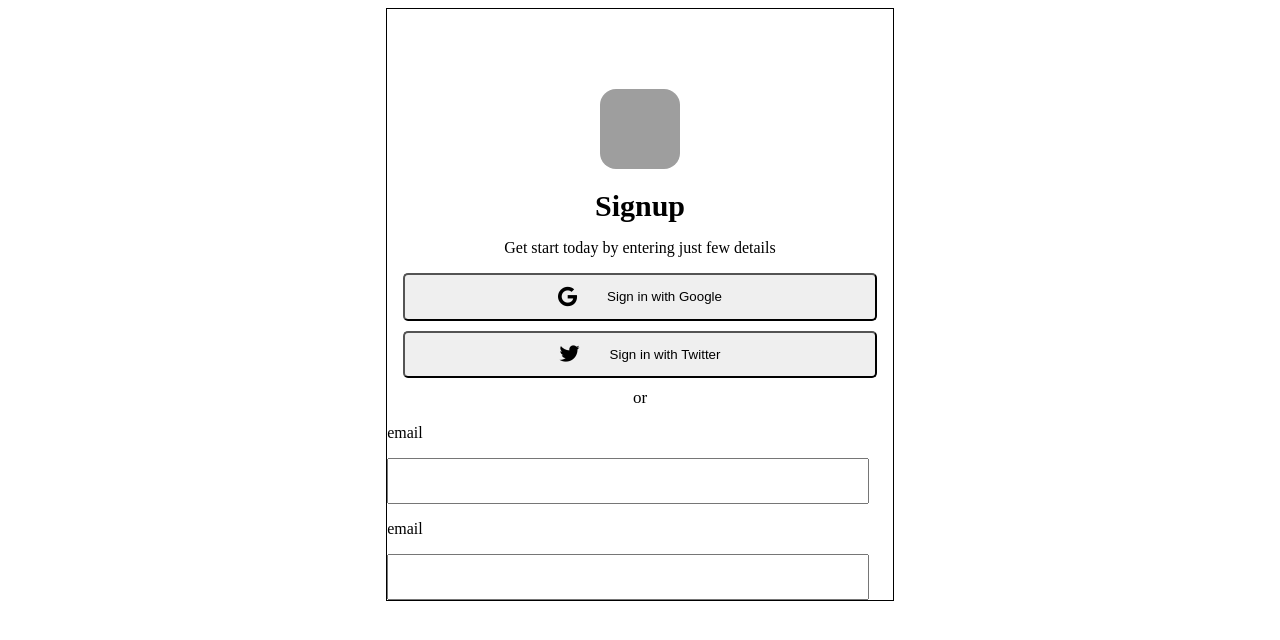
Repository: tungts3qb/Javascript
Page: sign-up/signup.html
An editor plug-in stored every save of this project. The page is shown before and after the next save, followed by the edit.
The browser window is 1280 px wide. The pictures show the whole page.
Pictures or frames that could not be fetched are drawn as grey boxes.

Above is the page before, as saved 2022-12-26 22:39:39.

### sign-up/signup.html
<!DOCTYPE html>
<html lang="en">
  <head>
    <meta charset="UTF-8" />
    <meta http-equiv="X-UA-Compatible" content="IE=edge" />
    <meta name="viewport" content="width=device-width, initial-scale=1.0" />
    <link
      rel="stylesheet"
      href="https://cdnjs.cloudflare.com/ajax/libs/font-awesome/6.2.1/css/all.min.css"
      integrity="sha512-MV7K8+y+gLIBoVD59lQIYicR65iaqukzvf/nwasF0nqhPay5w/9lJmVM2hMDcnK1OnMGCdVK+iQrJ7lzPJQd1w=="
      crossorigin="anonymous"
      referrerpolicy="no-referrer"
    />
    <link rel="stylesheet" href="sign-up.css" />
    <title>Sign up</title>
  </head>
  <body>
    <div class="sign-up-form">
      <div class="sign-up-icon">
        <img
          src="https://images.unsplash.com/photo-1672037253340-1b8b99e8dceb?ixlib=rb-4.0.3&ixid=MnwxMjA3fDB8MHxwaG90by1wYWdlfHx8fGVufDB8fHx8&auto=format&fit=crop&w=387&q=80"
          alt="avatar"
          class="sign-up-logo"
        />
      </div>
      <h3 class="sign-up-title">Signup</h3>
      <p class="sign-up-desc">Get start today by entering just few details</p>
      <div class="sign-up-buttons">
        <button class="sign-up-google">
          <i class="fa-brands fa-google"></i>
          <p>Sign in with Google</p>
        </button>
        <button class="sign-up-twitter">
          <i class="fa-brands fa-twitter"></i>
          <p>Sign in with Twitter</p>
        </button>
      </div>
      <div class="sign-up-or">or</div>
      <div class="sign-up-input-form">
        <form action="" class="sign-up-input">
          <p class="sign-up-email">email</p>
          <input type="email" name="" id="" class="input_email" />
          <p class="sign-up-password">email</p>
          <input type="password" name="" id="" class="input_password" />
        </form>
      </div>
    </div>
  </body>
</html>

### sign-up/sign-up.css
.sign-up-form {
  width: 40%;
  height: auto;
  border: 1px solid black;
  margin: 0 auto;
}

.sign-up-icon img {
  width: 5rem;
  height: 5rem;
  border-radius: 1rem;
  object-fit: cover;
  margin-top: 5rem;
}

.sign-up-icon {
  display: flex;
  align-items: center;
  justify-content: center;
}

.sign-up-title {
  text-align: center;
  font-size: 30px;
  margin-top: 20px;
  margin-bottom: 10px;
}

.sign-up-desc {
  text-align: center;
}

.sign-up-buttons {
  display: flex;
  flex-direction: column;
  align-items: center;
}

.sign-up-google,
.sign-up-twitter {
  width: calc(100% - 2rem);
  display: flex;
  text-align: center;
  justify-content: center;
  margin-bottom: 10px;
  border-radius: 5px;
}

.sign-up-google i,
.sign-up-twitter i {
  margin-right: 20px;
  font-size: 20px;
  margin: auto 0;
  padding-right: 30px;
}

.sign-up-or {
  text-align: center;
  font-size: 17px;
}

.sign-up-input {
  width: 100%;
  margin: 0 auto;
}

.input_email,
.input_password {
  width: calc(100% - 2rem);
  height: 2.5rem;
}

After the next save:
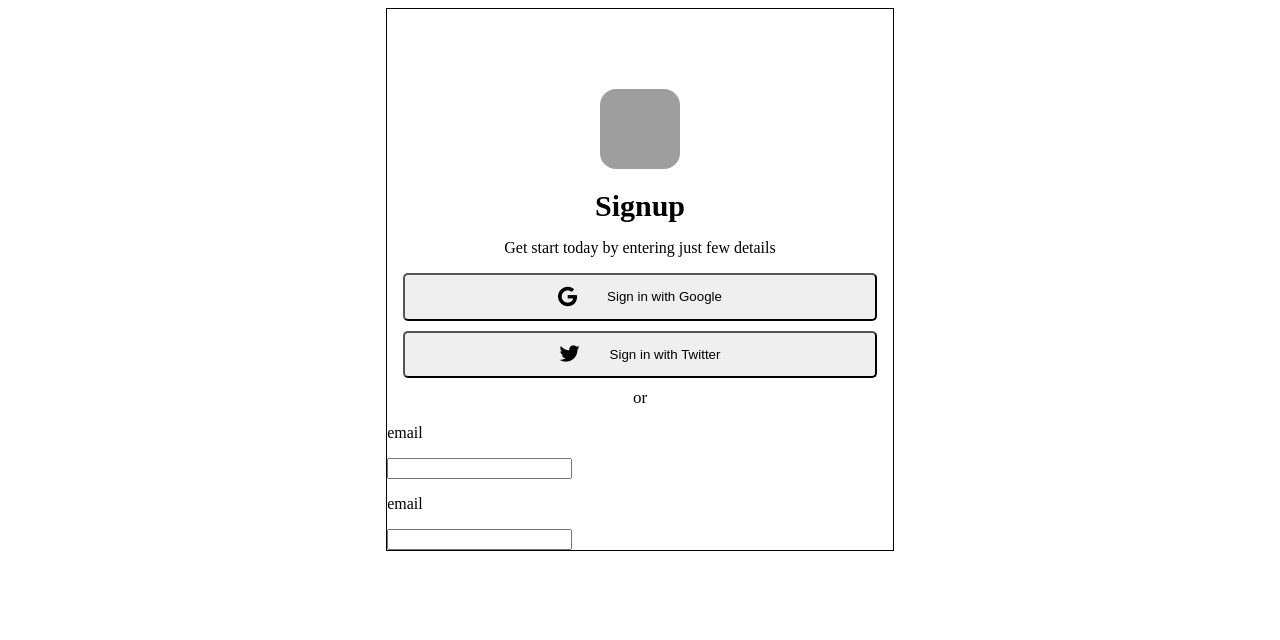
Saved 68 s later.
--- a/sign-up/sign-up.css
+++ b/sign-up/sign-up.css
@@ -63,9 +63,3 @@
   width: 100%;
   margin: 0 auto;
 }
-
-.input_email,
-.input_password {
-  width: calc(100% - 2rem);
-  height: 2.5rem;
-}
